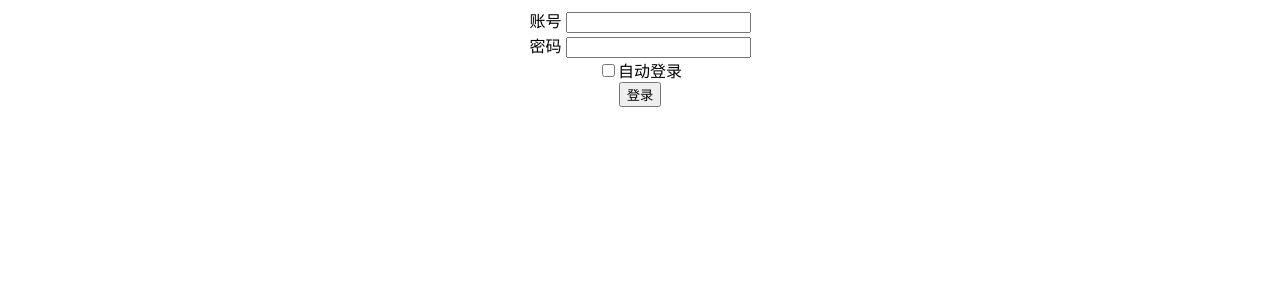
Repository: Jiege005/mytest-software-project
Page: mytest/WebContent/mod1.1.html
The author's editor kept a copy of each file at every save. The page is drawn from the files as they stood at one save, then again after the next save.
The browser window is 1280 px wide. The pictures show the whole page.

Above is the page before, as saved 2025-06-18 02:16:38.

After the next save:
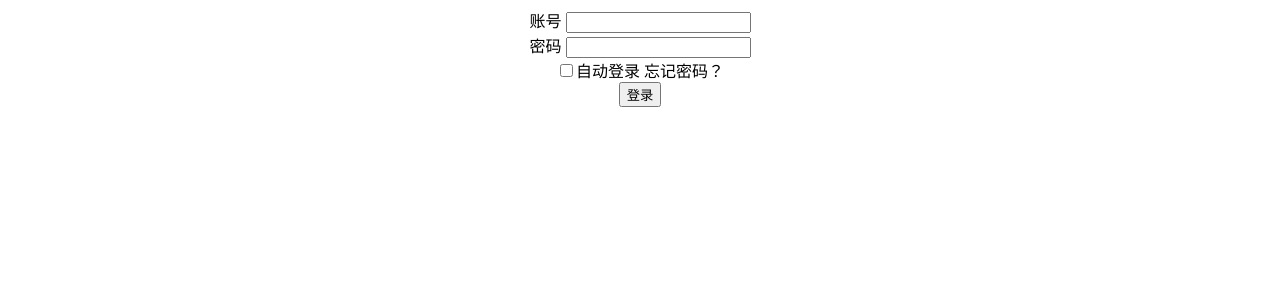
Saved 43 min 59 s later.
--- a/mytest/WebContent/mod1.1.html
+++ b/mytest/WebContent/mod1.1.html
@@ -20,6 +20,7 @@
 		    <input type="password" class="form-control" id="exampleInputPassword1">
 		  </div>
 		  <input type="checkbox" value="">自动登录
+		  <link>忘记密码？
 		  <br>
 		  <button type="submit" class="btn btn-default">登录</button>
 		</form>
